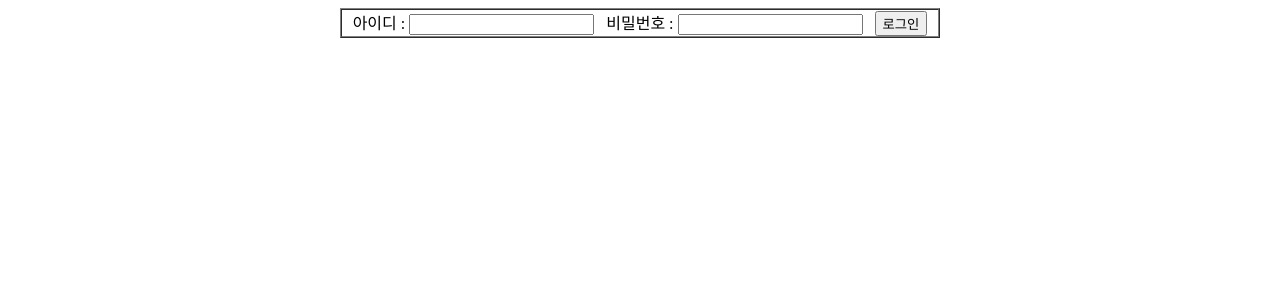
Repository: SniperDitto/save
Page: http://localhost/Boards0425/02_client/02_members/include/login.jsp
These files come from the project's save history. The page is drawn as it stood at one moment and after the next save; the edit follows.
The browser window is 1280 px wide. The pictures show the whole page.
The page is served by Tomcat 9. Other server files are loaded and not shown.

Above is the page before, as saved 2022-05-03 02:49:37.

### 2022JAVA_YSH 1/JAVA/Web/Boards0425/WebContent/02_client/02_members/include/login.jsp
<%@ page language="java" contentType="text/html; charset=UTF-8"
    pageEncoding="UTF-8"%>
<%
	//servlet, spring
	//HttpSession s = request.getSession();
	//String userID = (String)s.getAttribute("userID");//로그인한 사람 id

	//jsp(session 객체 제공)
	String userID = (String)session.getAttribute("userID");
%>


<form name="loginForm" id="loginForm" method="post"
	action="./02_client/02_members/login_ok.jsp">
	<table width="600px" align="center" border="1" cellpadding="0"
		cellspacing="0">
		<tr>
			<td width="600px" align="center">
				아이디 : <input type="text" name="userID" id="userID" />&nbsp;&nbsp;
				비밀번호 : <input type="password" name="userPass" id="userPW" />&nbsp;&nbsp;
				<input type="submit" value="로그인" />
			</td>
		</tr>
	</table>
</form>

After the next save:
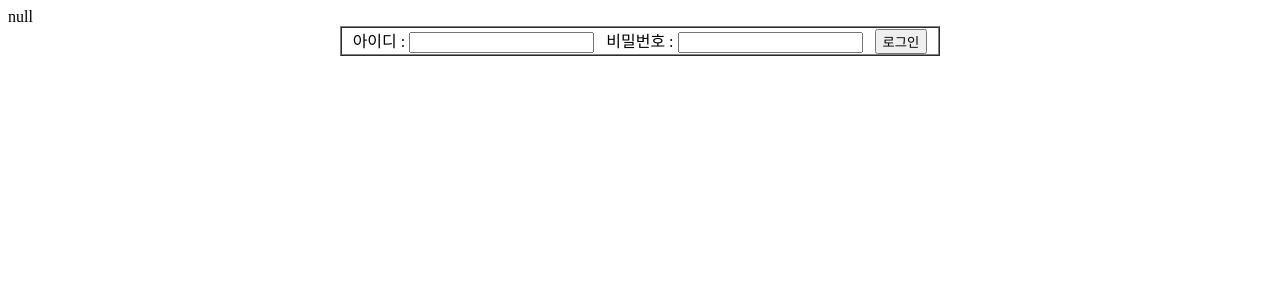
Saved 58 s later.
--- a/2022JAVA_YSH 1/JAVA/Web/Boards0425/WebContent/02_client/02_members/include/login.jsp
+++ b/2022JAVA_YSH 1/JAVA/Web/Boards0425/WebContent/02_client/02_members/include/login.jsp
@@ -7,6 +7,7 @@
 
 	//jsp(session 객체 제공)
 	String userID = (String)session.getAttribute("userID");
+	out.println(userID);
 %>
 
 
